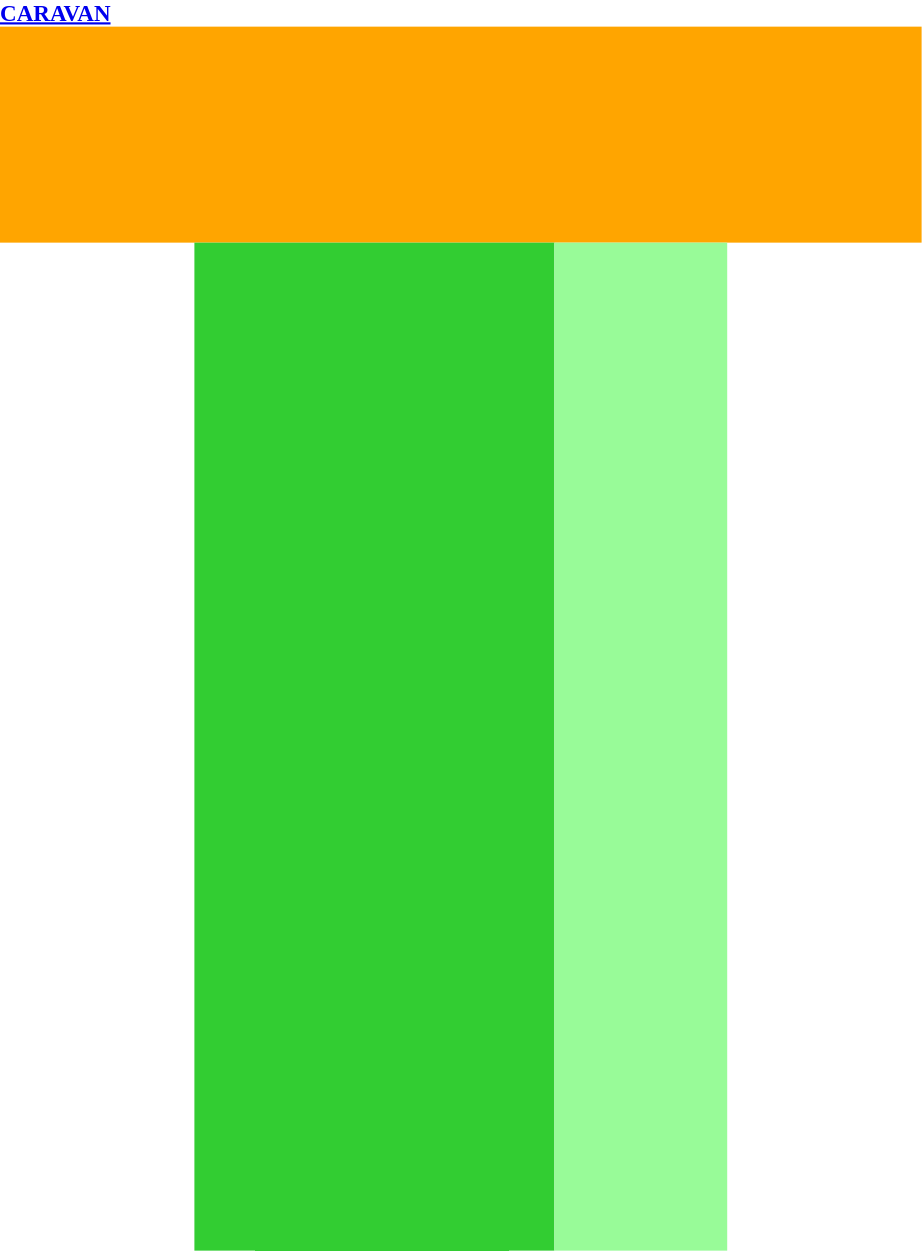
Repository: Raychel-310/chapter10
Page: caravan/index.html
The author's editor kept a record of every edit. The page is drawn from the files as they stood at one moment, then again after the next edit.
The browser window is 1280 px wide. The pictures show the whole page, at 72% of full size.

Above is the page before.

After the next edit:
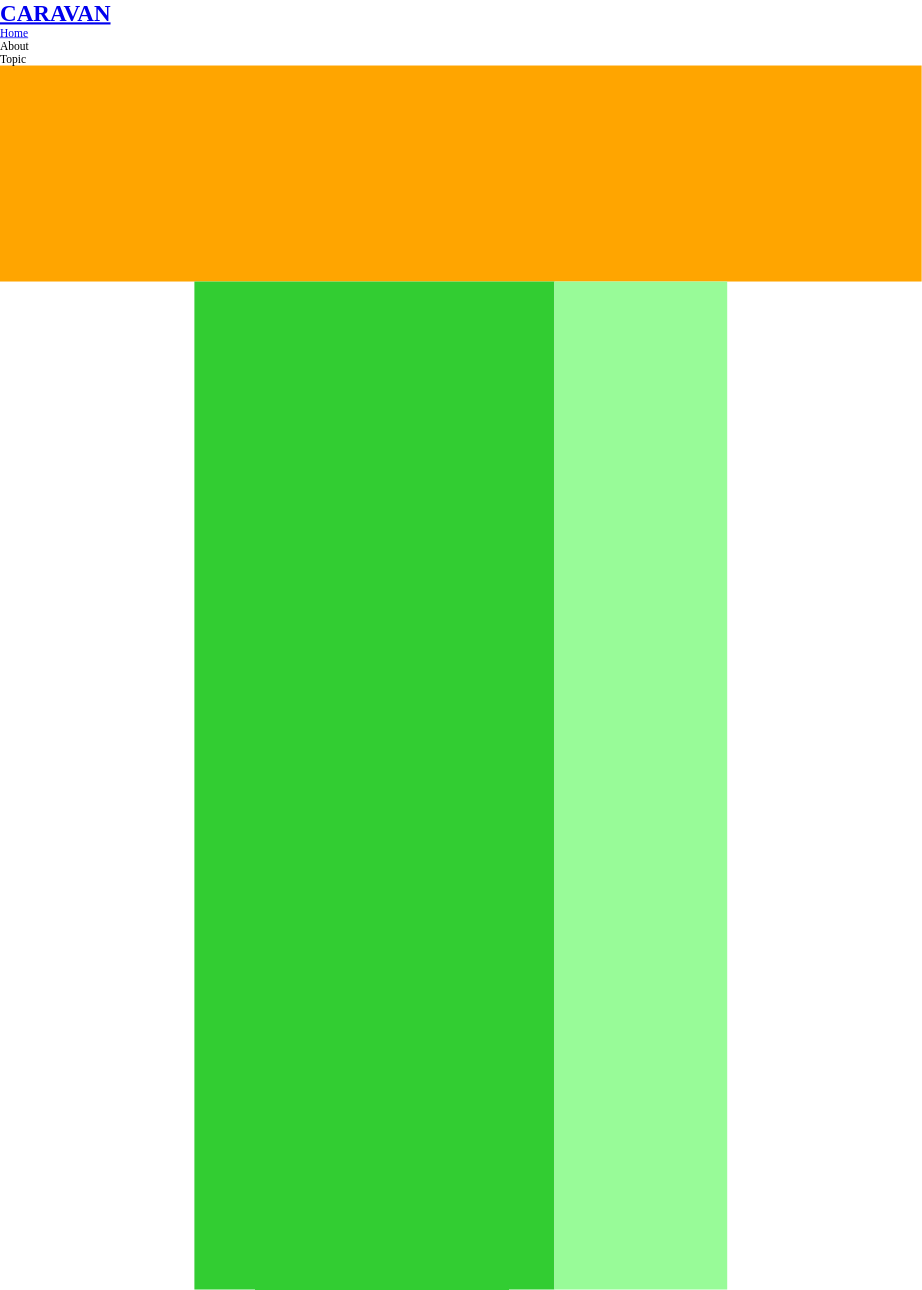
The edit:
--- a/caravan/index.html
+++ b/caravan/index.html
@@ -16,6 +16,19 @@
         </a>
       </h1>
     </header>
+
+        <!-- navigation -->
+    <nav>
+      <ul class="nav-list">
+       <li class="nav-list-item">
+          <a href="index.html">Home</a>
+        </li>
+        <li class="nav-list-item">About</li>
+        <li class="nav-list-item">Topic</li>
+      </ul>
+    </nav>
+
+
     <!-- main-visual用のdiv -->
     <div class="main-visual">
       <div class="main-visual-content"></div>
